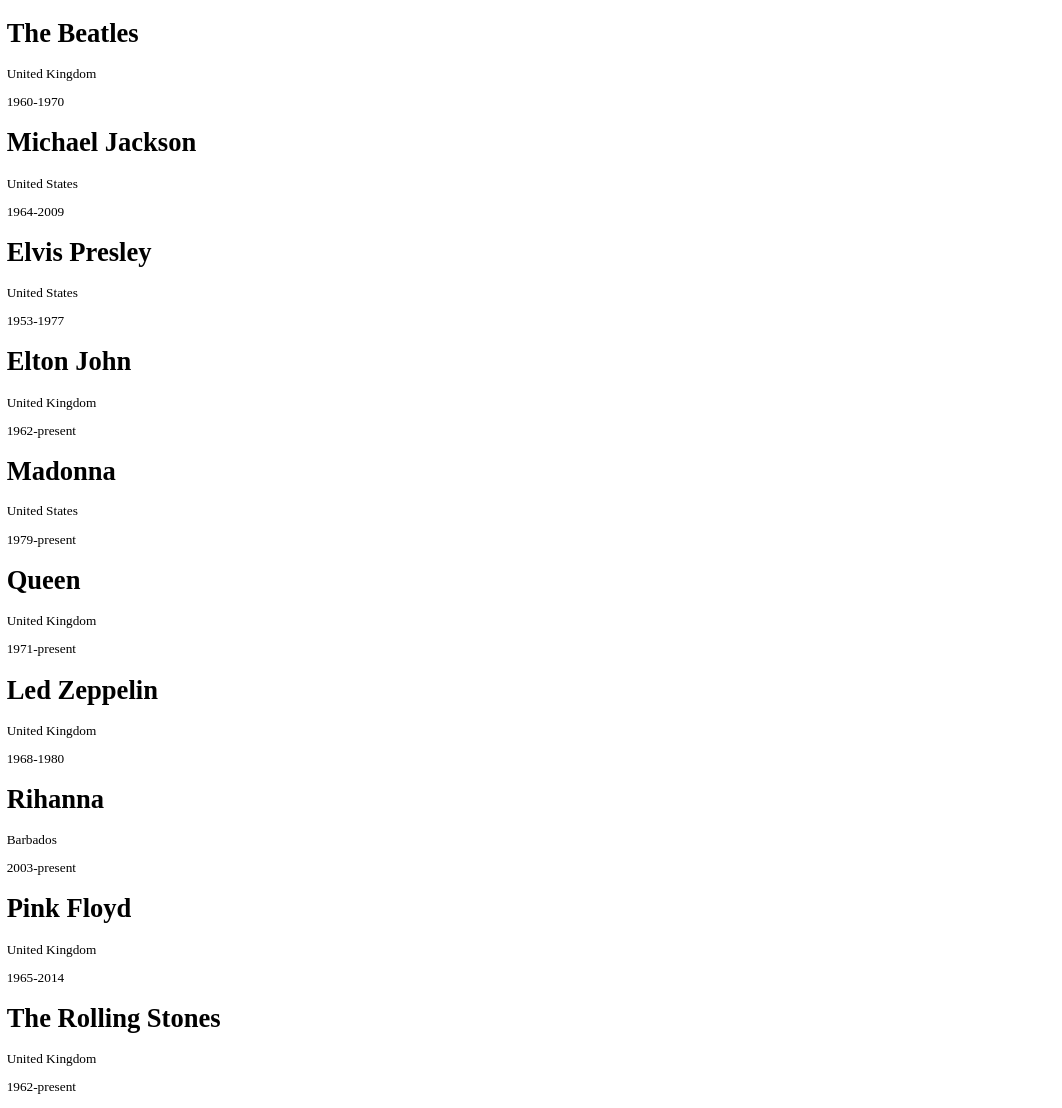
Repository: Jennica1/FRONTEND-LAB2
Page: /
The author's editor kept a copy of each file at every save. The page is drawn from the files as they stood at one save, then again after the next save.
The browser window is 1280 px wide. The pictures show the whole page, at 83% of full size.
The project was rebuilt for these pictures with package versions that can differ from the ones it lists, and the page was loaded fresh each time. Also part of the build but not shown: vite.config.js, src/index.css.

Above is the page before, as saved 2024-09-18 08:51:14.

### src/App.jsx
import React from 'react';
import { artists } from './best-selling-music-artists';
import ArtistDetails from './components/ArtistDetails';

function App() {
  return (
    <div className="app">
      {artists.map((artist, index) => (
        <ArtistDetails key={index} artist={artist} />
      ))}
    </div>
  );
}

export default App;

### src/best-selling-music-artists.js
export const artists = [
    {
        name: 'The Beatles',
        photo_url: "https://upload.wikimedia.org/wikipedia/commons/9/9f/Beatles_ad_1965_just_the_beatles_crop.jpg",
        country: "United Kingdom",
        years_active: "1960-1970",
    },
    {
        name: 'Michael Jackson',
        photo_url: "https://upload.wikimedia.org/wikipedia/commons/8/83/Michael_Jackson_Dangerous_World_Tour_1993_cropped.png",
        country: "United States",
        years_active: "1964-2009",
    },
    {
        name: 'Elvis Presley',
        photo_url: "https://upload.wikimedia.org/wikipedia/commons/1/16/Elvis_Presley_1973_RCA_Records_and_Tapes_publicity_2_-_cropped.png",
        country: "United States",
        years_active: "1953-1977",
    },
    {
        name: 'Elton John',
        photo_url: "https://upload.wikimedia.org/wikipedia/commons/7/74/Elton_John_1980.png",
        country: "United Kingdom",
        years_active: "1962-present",
    },
    {
        name: 'Madonna',
        photo_url: "https://upload.wikimedia.org/wikipedia/commons/4/47/Madonna_II_A_1_%28cropped%29.jpg",
        country: "United States",
        years_active: "1979-present",
    },
    {
        name: 'Queen',
        photo_url: "https://upload.wikimedia.org/wikipedia/commons/a/ac/FreddieMercuryNov1977.jpg",
        country: "United Kingdom",
        years_active: "1971-present",
    },
    {
        name: 'Led Zeppelin',
        photo_url: "https://upload.wikimedia.org/wikipedia/commons/c/cc/Robert_Plant_at_the_Palace_Theatre%2C_Manchester.jpg",
        country: "United Kingdom",
        years_active: "1968-1980",
    },
    {
        name: 'Rihanna',
        photo_url: "https://upload.wikimedia.org/wikipedia/commons/b/b3/Rihanna_concert_in_Washington_DC_%28cropped%29.jpg",
        country: "Barbados",
        years_active: "2003-present",
    },
    {
        name: 'Pink Floyd',
        photo_url: "https://upload.wikimedia.org/wikipedia/commons/f/f2/David_Gilmour_Argentina_2015_%28cropped%29.jpg",
        country: "United Kingdom",
        years_active: "1965-2014",
    },
    {
        name: 'The Rolling Stones',
        photo_url: "https://upload.wikimedia.org/wikipedia/commons/0/06/Keith_Richards%2C_Mick_Jagger_performing_with_Rolling_Stones_at_Prudential_Center_2012-12-13.jpg",
        country: "United Kingdom",
        years_active: "1962-present",
    },
];

### src/components/ArtistDetails.jsx
// ArtistDetails.jsx
import React from "react";

function ArtistDetails({ artist }) {
  return (
    <div>
      <h1>{artist.name}</h1>
      <p>{artist.country}</p>
      <p>{artist.years_active}</p>
    </div>
  );
}

export default ArtistDetails;

Loaded but not shown: index.html (common file); src/main.jsx (common file)

After the next save:
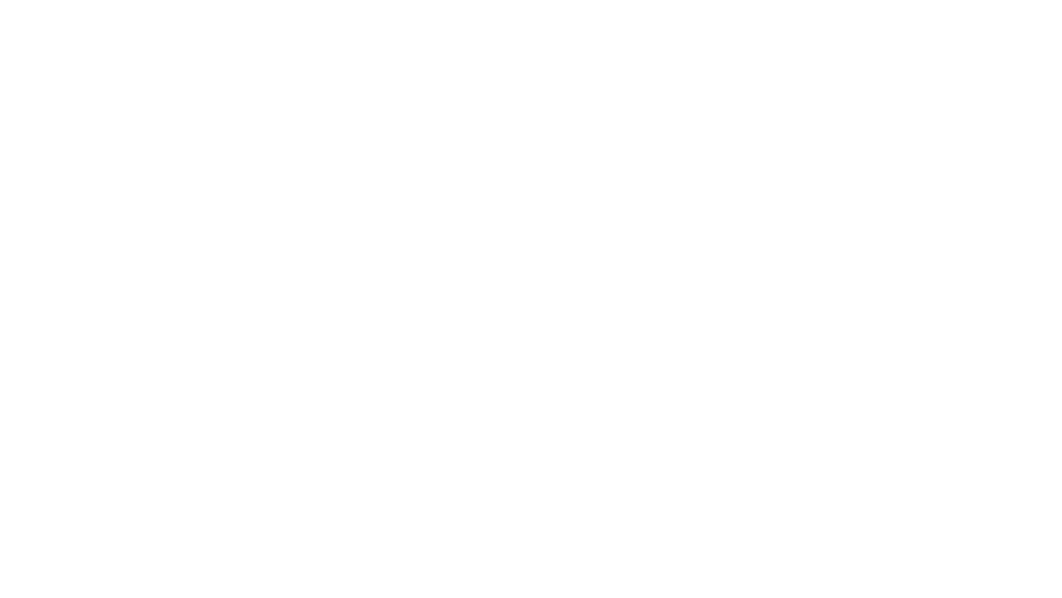
Console error: TypeError: Cannot read properties of undefined (reading 'name')
Saved 11 s later.
--- a/src/App.jsx
+++ b/src/App.jsx
@@ -6,7 +6,7 @@
   return (
     <div className="app">
       {artists.map((artist, index) => (
-        <ArtistDetails key={index} artist={artist} />
+        <ArtistDetails key={index} artists={artist} />
       ))}
     </div>
   );

After the save that followed:
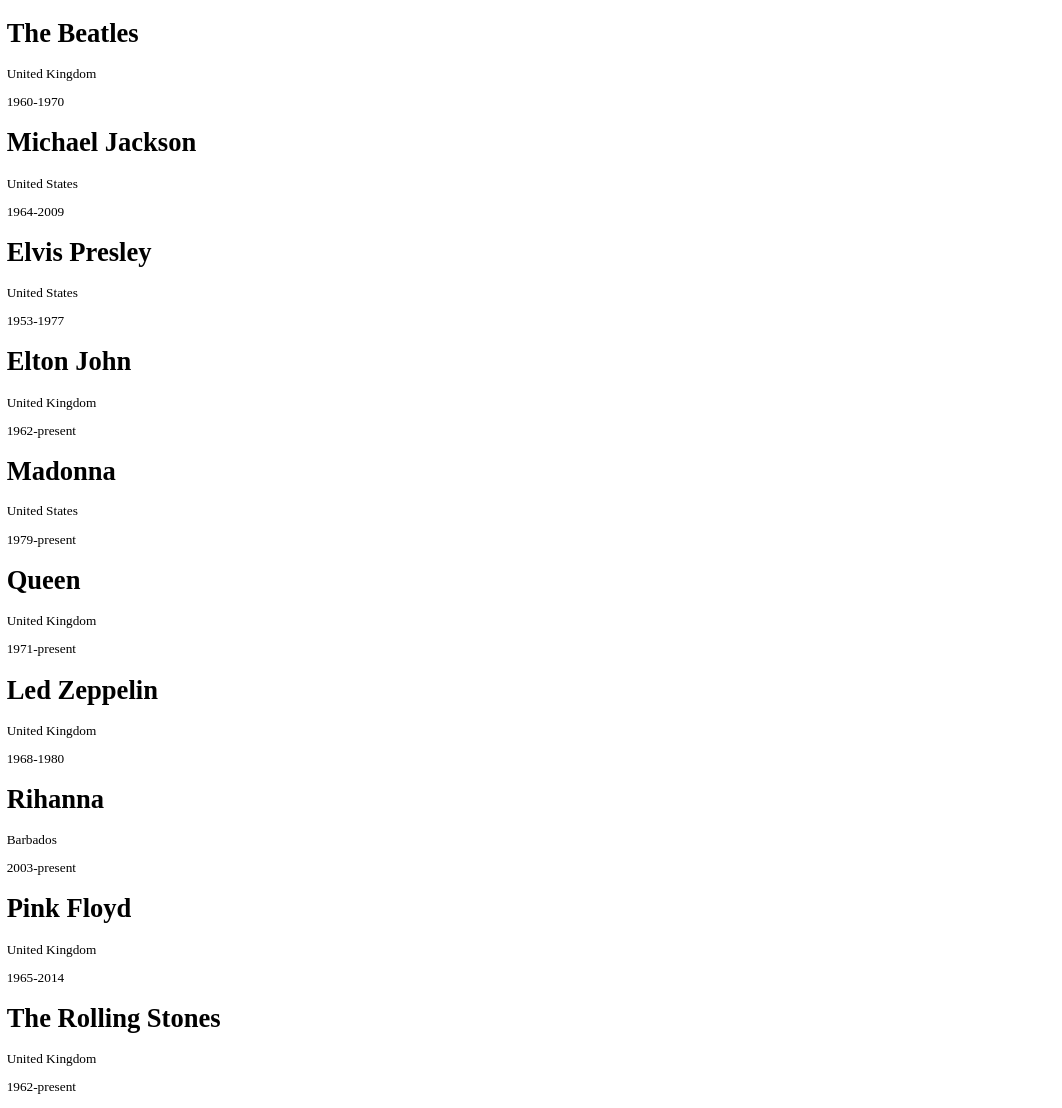
The error is gone.
Saved 4 s later.
--- a/src/App.jsx
+++ b/src/App.jsx
@@ -6,7 +6,7 @@
   return (
     <div className="app">
       {artists.map((artist, index) => (
-        <ArtistDetails key={index} artists={artist} />
+        <ArtistDetails key={index} artist={artist} />
       ))}
     </div>
   );
